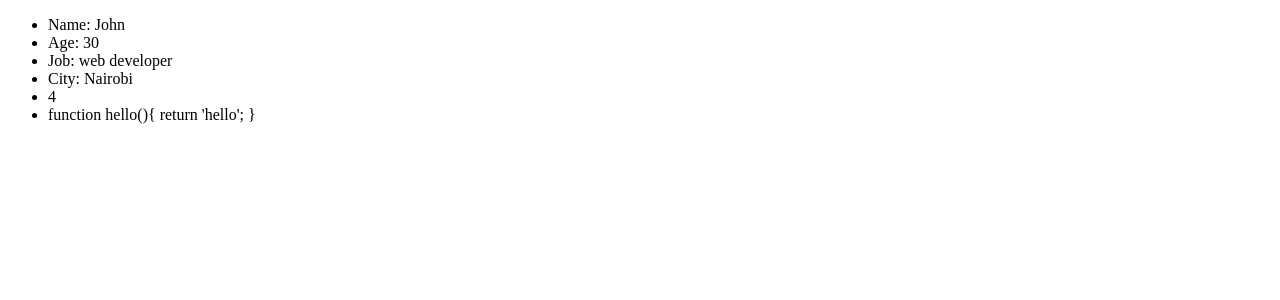
Repository: brianokanga/modern-javascript
Page: project/index.html
The author's editor kept a copy of each file at every save. The page is drawn from the files as they stood at one save, then again after the next save.
The browser window is 1280 px wide. The pictures show the whole page.

Above is the page before, as saved 2020-03-29 00:46:37.

After the next save:
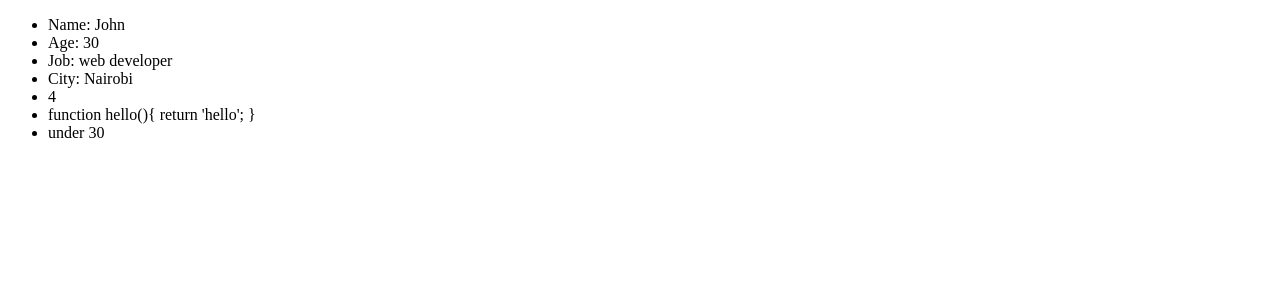
Saved 104 s later.
--- a/project/app2.js
+++ b/project/app2.js
@@ -28,6 +28,8 @@ html = `
         <li>City: ${city}</li>
         <li>${2 +2}</li>
         <li>${hello}</li>
+        <li>${age > 30 ? 'over 30' : 'under 30'}</li>
+
     </ul>`;
 
 document.body.innerHTML = html;
